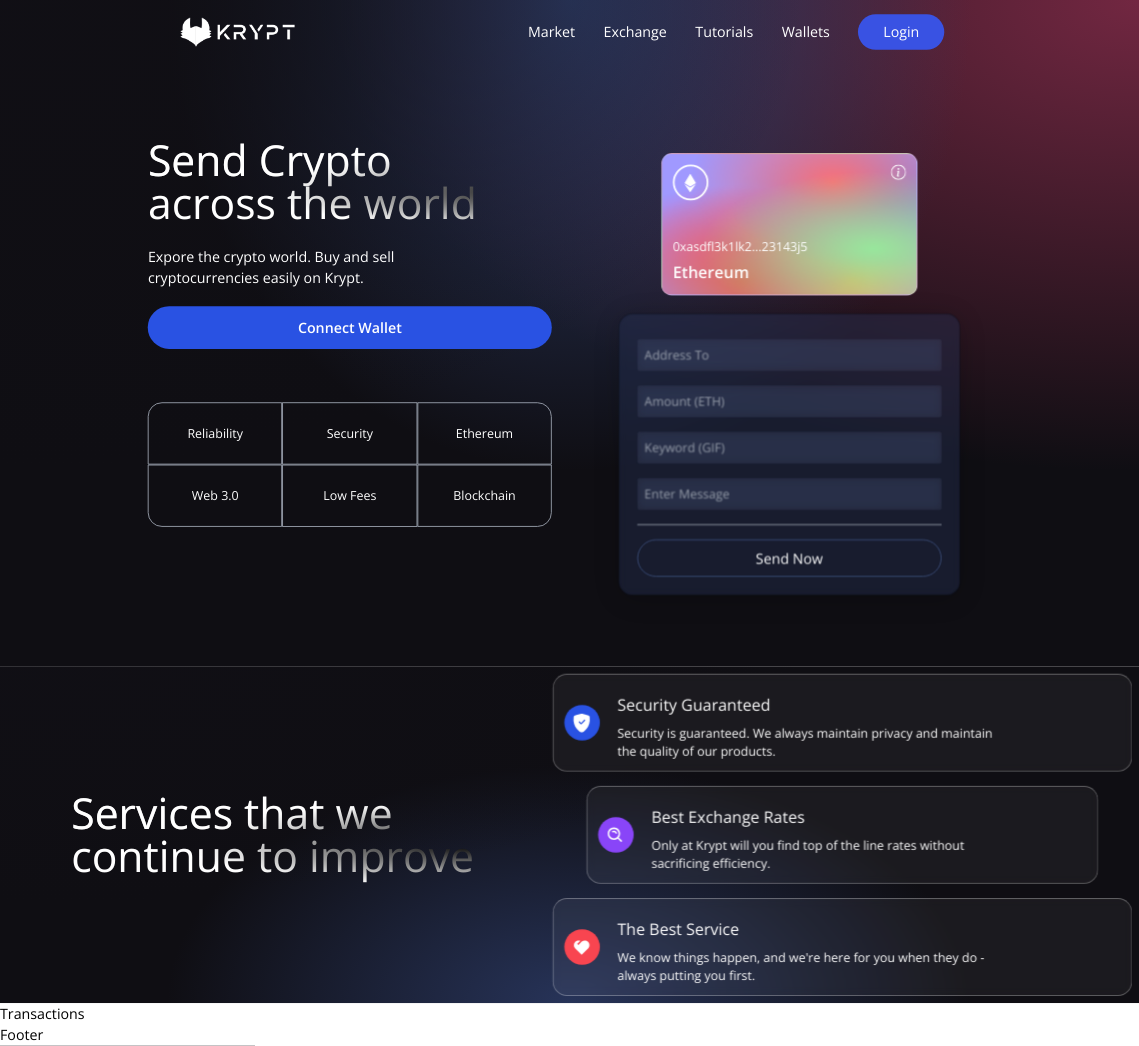
Repository: stephan-chiorean/krypt
Page: / (app in client/)
An editor plug-in stored every save of this project. The page is shown before and after the next save, followed by the edit.
The browser window is 1280 px wide. The pictures show the whole page, at 89% of full size.
The project was rebuilt for these pictures with package versions that can differ from the ones it lists, and the page was loaded fresh each time. Also part of the build but not shown: client/vite.config.js, client/src/components/Loader.jsx.

Above is the page before, as saved 2023-03-29 19:23:11.

### client/src/main.jsx
import React from 'react'
import ReactDOM from 'react-dom/client'
import App from './App'
import {TransactionProvider} from './context/TransactionContext';
import './index.css'

ReactDOM.createRoot(document.getElementById('root')).render(
  <TransactionProvider>
  <React.StrictMode>
    <App />
  </React.StrictMode>
  </TransactionProvider>,
)

### client/src/App.jsx
import {Navbar, Welcome, Footer, Services, Transactions} from './components';

const App = () => {

  return (
    <div className="min-h-screen">
      <div className="gradient-bg-welcome">
        <Navbar/>
        <Welcome/>
      </div>
      <Services/>
      <Transactions/>
      <Footer/>
    </div>
  )
}

export default App

### client/src/context/TransactionContext.jsx
import React, { useState, useEffect } from 'react';
import * as ethers from 'ethers';
import { contractABI, contractAddress } from '../utils/constants';

export const TransactionContext = React.createContext();

const { ethereum } = window;

const getEthereumContract = () => {
    console.log(ethers)
  const provider = new ethers.providers.Web3Provider(ethereum);
  const signer = provider.getSigner();
  const transactionContract = new ethers.Contract(
    contractAddress,
    contractABI,
    signer
  );

  return transactionContract;

//   console.log({
//     provider,
//     signer,
//     transactionContract,
//   });
};

export const TransactionProvider = ({ children }) => {
  const [connectedAccount, setConnectedAccount] = useState('');
  const [formData, setFormData] = useState({ addressTo: '', amount: 0, keyword: '', message: ''});
  const [isLoading, setIsLoading] = useState(false);
  const [transactionCount, setTransactionCount] = useState(localStorage.getItem('transactionCount'));

  const handleChange = (e, name) => {
    setFormData((prevState) => ({...prevState, [name]: e.target.value}));
  }

  const checkIfWalletIsConnected = async () => {
    try {
      if (!ethereum) return alert('Please install metamask');

      const accounts = await ethereum.request({ method: 'eth_accounts' });
      if (accounts.length) {
        setConnectedAccount(accounts[0]);
      } else {
        console.log('No accounts found');
      }
      console.log(accounts);
    } catch (err) {
      console.error(err);
      throw new Error('No ethereum object');
    }
  };

  const connectWallet = async () => {
    try {
      if (!ethereum) return alert('Please install metamask');

      const accounts = await ethereum.request({
        method: 'eth_requestAccounts',
      });

      setConnectedAccount(accounts[0]);
      console.log('CONNECTED', connectedAccount);
    } catch (err) {
      console.error(err);
      throw new Error('No ethereum object.');
    }
  };

  const sendTransaction = async() => {
    try {
        if(!ethereum) return alert("Please install metamask");
        const {addressTo, amount, keyword, message} = formData;
        const transactionContract = getEthereumContract();
        const parsedAmount = ethers.utils.parseEther(amount);

        await ethereum.request({
            method: 'eth_sendTransaction',
            params: [{
                from: connectedAccount,
                to: addressTo,
                gas: '0x5208', //21000 gwei
                value: parsedAmount._hex,
            }]
        })

        const transactionHash = await transactionContract.addToBlockchain(addressTo, parsedAmount, message, keyword);
        setIsLoading(true);
        console.log(`Loading - ${transactionHash.hash}`);
        await transactionHash.wait();
        setIsLoading(false);
        console.log(`Success - ${transactionHash.hash}`)

        const transactionCount = await transactionContract.getTransactionCount();
        setTransactionCount(transactionCount.toNumber())


    } catch(err) {
        console.error(err);
    }
  }

  useEffect(() => {
    checkIfWalletIsConnected();
  }, []);
  return (
    <TransactionContext.Provider value={{ connectWallet, connectedAccount, formData, setFormData, handleChange, sendTransaction }}>
      {children}
    </TransactionContext.Provider>
  );
};

### client/src/components/index.js
export {default as Loader} from './Loader';
export {default as Navbar} from './Navbar';
export {default as Footer} from './Footer';
export {default as Welcome} from './Welcome';
export {default as Transactions} from './Transactions';
export {default as Services} from './Services';

### client/src/utils/constants.js
import abi from './Transactions.json';

export const contractABI = abi.abi;
export const contractAddress = '0x48d319b761e733246BF575C86d399bB8EDdA6dEf';

### client/src/components/Navbar.jsx
import { HiMenuAlt4 } from 'react-icons/hi';
import { AiOutlineClose } from 'react-icons/ai';
import { useState } from 'react';

import logo from '../../images/logo.png';

const NavbarItem = ({ title, classProps }) => {
  return <li className={`mx-4 cursor-pointer ${classProps}`}>{title}</li>;
};
export default () => {
  const [toggleMenu, setToggleMenu] = useState(false);
  return (
    <nav className='w-full flex md:justify-center justify-between items-center p-4'>
      <div className='md:flex-[0.5] flex-initial justify-center items-center'>
        <img src={logo} alt='logo' className='w-32 cursor-pointer' />
      </div>
      <ul className='text-white md:flex hidden list-none flex-row justify-between items-center flex-initial'>
        {['Market', 'Exchange', 'Tutorials', 'Wallets'].map((item, index) => (
          <NavbarItem key={item + index} title={item} />
        ))}
        <li className='bg-[#3952e3] py-2 px-7 mx-4 rounded-full cursor-pointer hover:bg-[#2546bd]'>
          Login
        </li>
      </ul>
      <div className='flex relative'>
        {toggleMenu ? (
          <AiOutlineClose
            fontSize={28}
            className='text-white md:hidden cursor-pointer'
            onClick={() => setToggleMenu(false)}
          />
        ) : (
          <HiMenuAlt4
            fontSize={28}
            className='text-white md:hidden cursor-pointer'
            onClick={() => setToggleMenu(true)}
          />
        )}
        {toggleMenu && (
          <ul className="z-10 fixed top-0 -right-2 p-3 w-[70vw] h-screen shadow-2xl md:hidden list-none flex flex-col justify-start items-end rounded-md blue-glassmorphism text-white animate-slide-in">
            <li className='text-xl w-full my-2'>
              <AiOutlineClose onClick={() => setToggleMenu(false)} className="cursor-pointer"/>
            </li>
            {['Market', 'Exchange', 'Tutorials', 'Wallets'].map(
              (item, index) => (
                <NavbarItem key={item + index} title={item} classProps="my-2 text-lg"/>
              )
            )}
          </ul>
        )}
      </div>
    </nav>
  );
};

### client/src/components/Footer.jsx
import React from 'react'

export default() => {
  return (
    <div>Footer</div>
  )
}

### client/src/components/Welcome.jsx
import { AiFillPlayCircle } from 'react-icons/ai';
import { SiEthereum } from 'react-icons/si';
import { BsInfoCircle } from 'react-icons/bs';
import { TransactionContext } from '../context/TransactionContext';
import React, { useContext } from 'react';
import { Loader } from './';
const commonStyles =
  'min-h-[70px] sm:px-0 px-2 sm:min-w-[120px] flex justify-center items-center border-[0.5px] border-gray-400 text-sm font-light text-white';

const Input = ({ placeholder, name, type, value, handleChange }) => (
  <input
    placeholder={placeholder}
    type={type}
    step='0.0001'
    value={value}
    onChange={(e) => handleChange(e, name)}
    className='my-2 w-full rounded-sm p-2 outline-none text-white border-none text-sm white-glassmorphism'
  />
);
export default () => {
  const {
    connectWallet,
    connectedAccount,
    formData,
    sendTransaction,
    handleChange,
  } = useContext(TransactionContext);
  const handleSubmit = (e) => {
    const { addressTo, amount, keyword, message } = formData;
    e.preventDefault();

    if (!addressTo || !amount || !keyword || !message) return;
    sendTransaction();
  };
  return (
    <div className='flex w-full justify-center items-center'>
      <div className='flex md:flex-row flex-col itesm-start justify-between md:p-20 py-12 px-4'>
        <div className='flex flex-1 justify-start flex-col md:mr-10'>
          <h1 className='text-3xl sm:text-5xl text-white text-gradient py-1'>
            Send Crypto <br /> across the world
          </h1>
          <p className='text-left mt-5 text-white font-light md:w-9/12 w-11/12 text-base'>
            Expore the crypto world. Buy and sell cryptocurrencies easily on
            Krypt.
          </p>
          {!connectedAccount && (
            <button
              type='button'
              onClick={connectWallet}
              className='flex flex-row justify-center items-center my-5 bg-[#2952e3] p-3 rounded-full cursor-pointer hover:bg-[#2546bd]'
            >
              <p className='text-white text-base font-semibold'>
                Connect Wallet
              </p>
            </button>
          )}

          <div className='grid sm:grid-cols-3 grid-cols-2 w-full mt-10'>
            <div className={`rounded-tl-2xl ${commonStyles}`}>Reliability</div>
            <div className={commonStyles}>Security</div>
            <div className={`sm:rounded-tr-2xl ${commonStyles}`}>Ethereum</div>
            <div className={`sm:rounded-bl-2xl ${commonStyles}`}>Web 3.0</div>
            <div className={commonStyles}>Low Fees</div>
            <div className={`rounded-br-2xl ${commonStyles}`}>Blockchain</div>
          </div>
        </div>

        <div className='flex flex-col flex-1 items-center justify-start w-full md:mt-0 mt-10'>
          <div className='p-3 justify-end items-start flex-col rounded-xl h-40 sm:w-72 w-full my-5 eth-card white-glassmorphism'>
            <div className='flex justify-between flex-col w-full h-full'>
              <div className='flex justify-between items-start'>
                <div className='w-10 h-10 rounded-full border-2 border-white flex justify-center items-center'>
                  <SiEthereum fontSize={21} color='#fff' />
                </div>
                <BsInfoCircle fontSize={17} color='#fff' />
              </div>
              <div>
                <p className='text-white font-light text-sm'>
                  0xasdfl3k1lk2...23143j5
                </p>
                <p className='text-white font-semibold text-lg mt-1'>
                  Ethereum
                </p>
              </div>
            </div>
          </div>

          <div className='p-5 sm:w-96 w-full flex flex-col justify-start items-center blue-glassmorphism'>
            <Input
              placeholder='Address To'
              name='addressTo'
              type='text'
              handleChange={handleChange}
            />
            <Input
              placeholder='Amount (ETH)'
              name='amount'
              type='number'
              handleChange={handleChange}
            />
            <Input
              placeholder='Keyword (GIF)'
              name='keyword'
              type='text'
              handleChange={handleChange}
            />
            <Input
              placeholder='Enter Message'
              name='message'
              type='text'
              handleChange={handleChange}
            />
            <div className='h-[1px] w-full bg-gray-400 my-2' />
            {false ? (
              <Loader />
            ) : (
              <button
                type='submit'
                onClick={handleSubmit}
                className='text-white w-full mt-2 border-[1px] p-2 border-[#3d4f7c] rounded-full cursor-pointer'
              >
                Send Now
              </button>
            )}
          </div>
        </div>
      </div>
    </div>
  );
};

### client/src/components/Transactions.jsx
import React from 'react'

export default() => {
  return (
    <div>Transactions</div>
  )
}

### client/src/components/Services.jsx
import React from 'react';
import { BsShieldFillCheck } from 'react-icons/bs';
import { BiSearchAlt } from 'react-icons/bi';
import { RiHeart2Fill } from 'react-icons/ri';

const ServiceCard = ({color, title, icon, subtitle}) => (
  <div className='flex flex-row justify-start items-center white-glassmorphism p-3 m-2 cursor-pointer hover:shadow-xl'>
    <div className={`w-10 h-10 rounded-full flex justify-center items-center ${color}`}>
      {icon}
    </div>
    <div className="ml-5 flex flex-col flex-1">
      <h1 className="mt-2 text-white text-lg">{title}</h1>
      <p className="mt-2 text-white text-sm md:w-9/12">{subtitle}</p>
    </div>
  </div>
);
export default () => {
  return (
    <div className='flex w-full justify-center items-center gradient-bg-services'>
      <div className='flex md:flex-row flex-col items-center justify-between md:p-20 py-12 px-4'>
        <div className='flex-1 flex flex-col justify-start items-start'>
          <h1 className='text-white text-3xl sm:text-5xl py-2 text-gradient'>
            Services that we
            <br />
            continue to improve
          </h1>
        </div>
      </div>
      <div className='flex-1 flex flex-col justify-start items-center'>
        <ServiceCard
          color='bg-[#2952e3]'
          title='Security Guaranteed'
          icon={<BsShieldFillCheck fontSize={21} className='text-white' />}
          subtitle="Security is guaranteed. We always maintain privacy and maintain the quality of our products."
        />
        <ServiceCard
          color='bg-[#8945f8]'
          title='Best Exchange Rates'
          icon={<BiSearchAlt fontSize={21} className='text-white' />}
          subtitle="Only at Krypt will you find top of the line rates without sacrificing efficiency."
        />
        <ServiceCard
          color='bg-[#f84550]'
          title='The Best Service'
          icon={<RiHeart2Fill fontSize={21} className='text-white' />}
          subtitle="We know things happen, and we're here for you when they do - always putting you first."
        />
      </div>
    </div>
  );
};

Loaded but not shown: client/index.html (common file); client/src/index.css (common file); client/tailwind.config.js (common file); client/src/utils/Transactions.json (140 lines, source omitted)

After the next save:
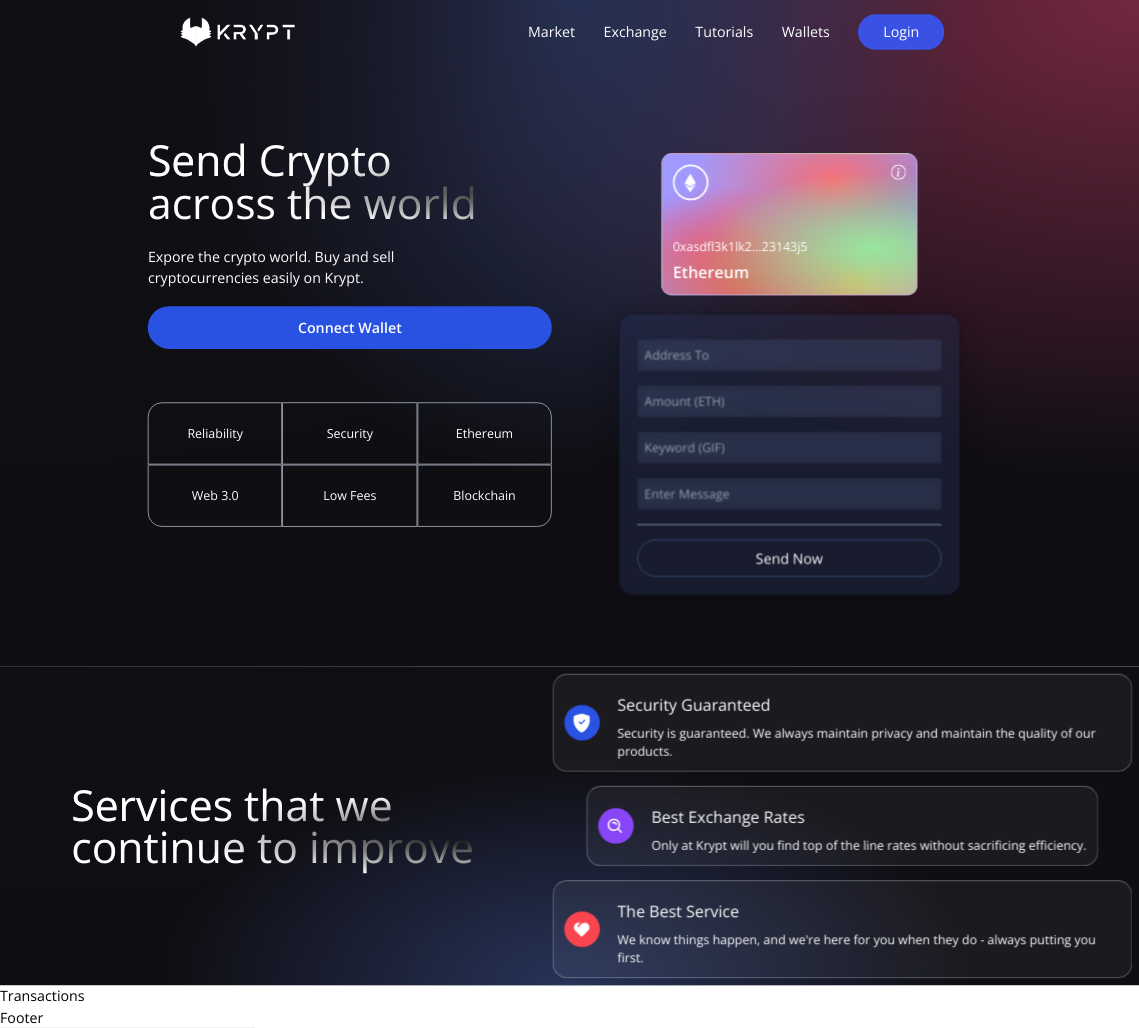
Saved 48 s later.
--- a/client/src/components/Services.jsx
+++ b/client/src/components/Services.jsx
@@ -10,7 +10,7 @@ const ServiceCard = ({color, title, icon, subtitle}) => (
     </div>
     <div className="ml-5 flex flex-col flex-1">
       <h1 className="mt-2 text-white text-lg">{title}</h1>
-      <p className="mt-2 text-white text-sm md:w-9/12">{subtitle}</p>
+      <p className="mt-2 text-white text-sm">{subtitle}</p>
     </div>
   </div>
 );
